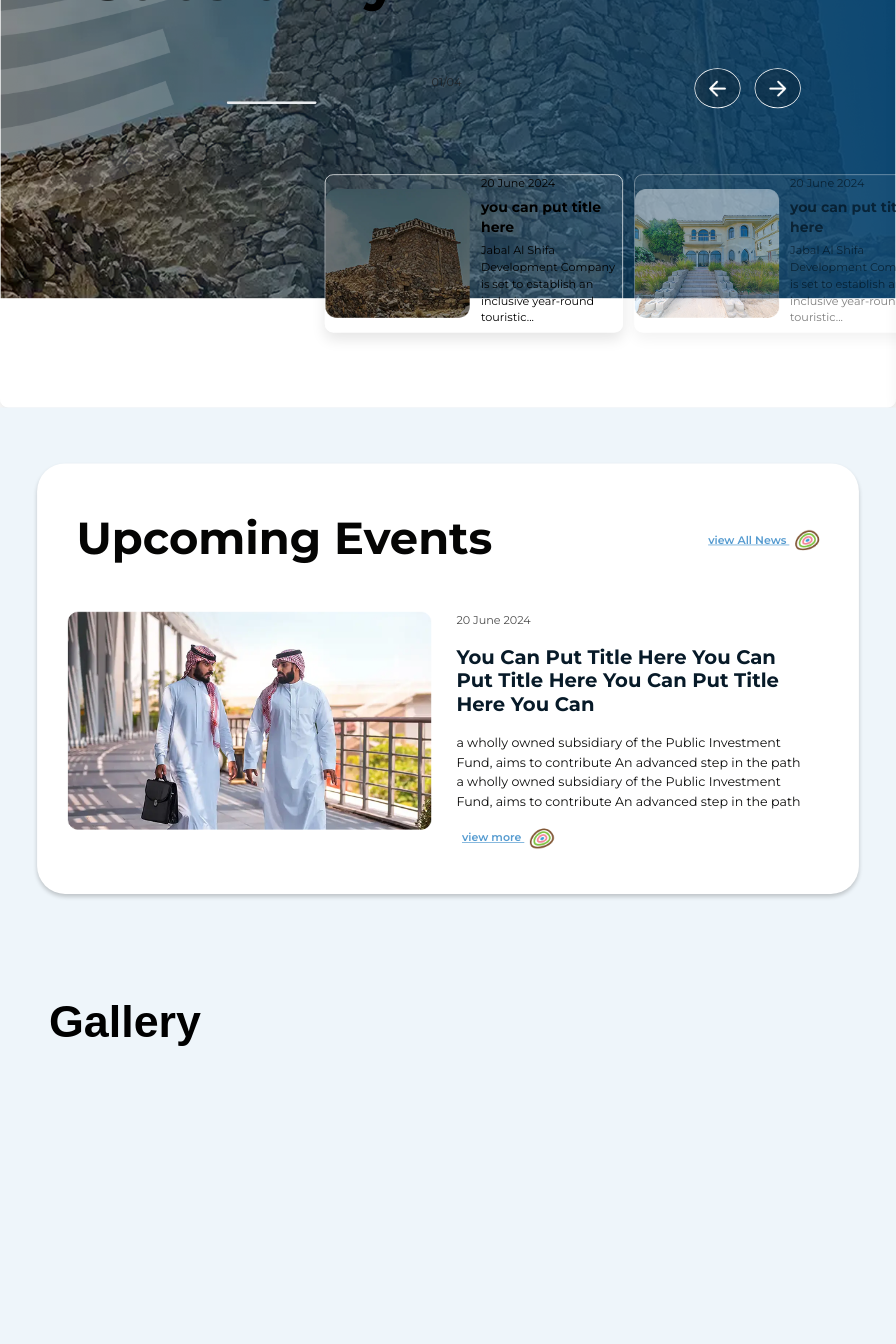
Repository: Abdelrhman-asker-smart/JsdcPIF
Page: index.html
The author's editor kept a copy of each file at every save. The page is drawn from the files as they stood at one save, then again after the next save.
The browser window is 1280 px wide. The pictures show the part of the page from y = 4580 to 6500 px (the page is 17169 px tall before and 8701 px after), at 70% of full size.

Above is the page before, as saved 2025-03-09 13:38:49.

After the next save:
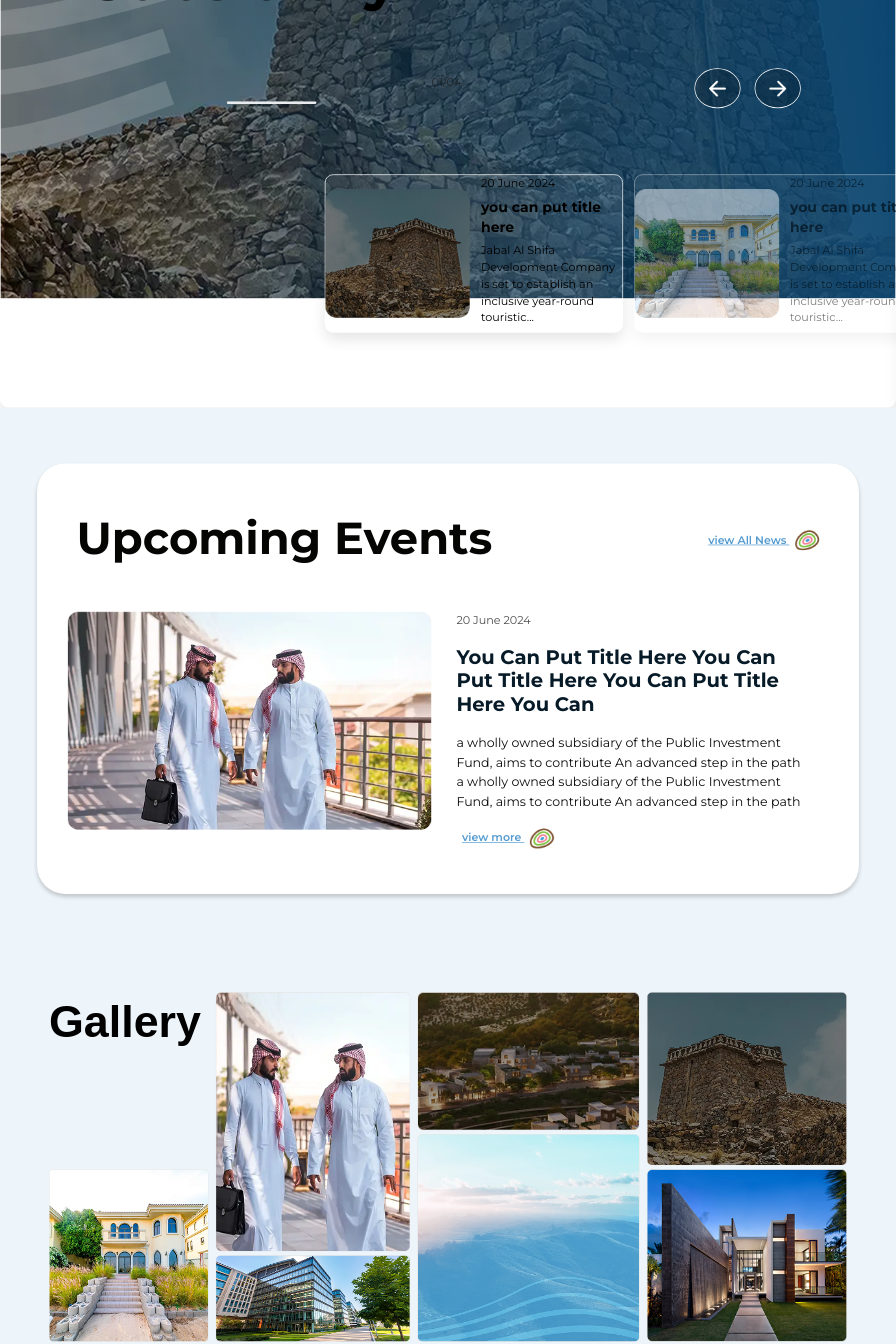
Saved 18 s later.
--- a/index.html
+++ b/index.html
@@ -16,6 +16,14 @@
 
     <link rel="stylesheet" href="./assets/css/style.css" />
     <title>Home</title>
+    <style>
+      .container {
+  display: flex;
+  justify-content: space-between;
+  gap: 10px;
+  height: 500px;
+}
+    </style>
   </head>
   <body>
     <div class="HeroHeader">
